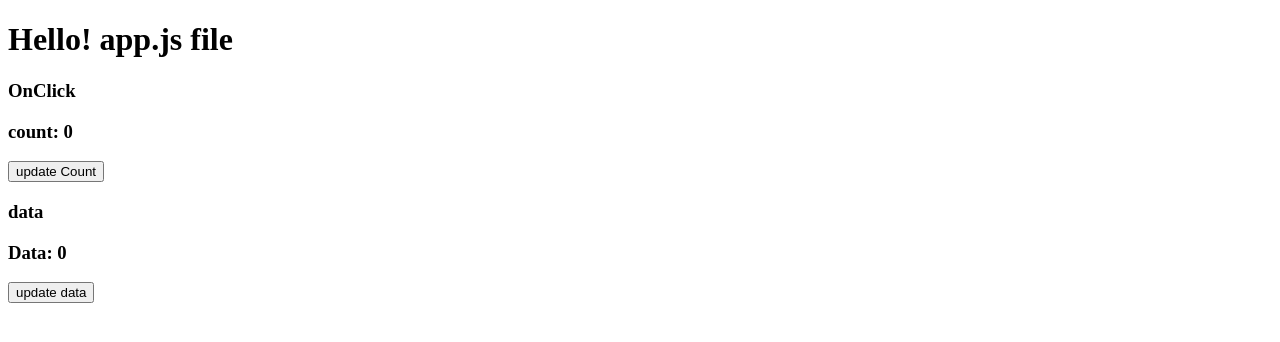
Repository: Gulzarokz/React_Course_Review
Page: / (app in vite-Project/)
These files come from the project's save history. The page is drawn as it stood at one moment and after the next save; the edit follows.
The browser window is 1280 px wide. The pictures show the whole page.
The project was rebuilt for these pictures with package versions that can differ from the ones it lists, and the page was loaded fresh each time. Also part of the build but not shown: vite-Project/vite.config.js.

Above is the page before, as saved 2026-04-28 15:54:14.

After the next save:
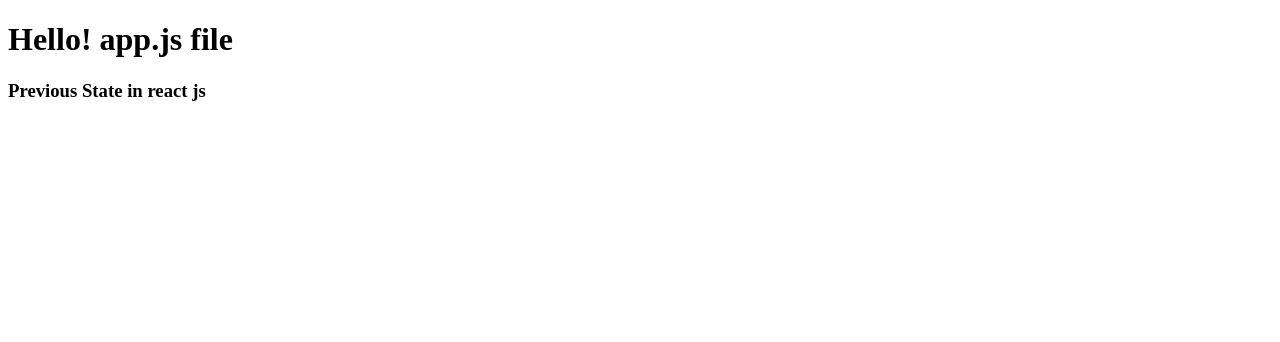
Saved 23 s later.
--- a/vite-Project/src/App.jsx
+++ b/vite-Project/src/App.jsx
@@ -1,6 +1,5 @@
 import { useState } from 'react';
-import OnClick from './OnClick';
-import OnMouseOver from './OnMouseOver';
+import PreviousState from './PreviousState';
 
 
 
@@ -17,9 +16,7 @@ function App() {
   return (
     <>
       <h1>Hello! app.js file</h1>
-      <OnClick />
-      <OnMouseOver />
-
+      <PreviousState />
 
 
 
